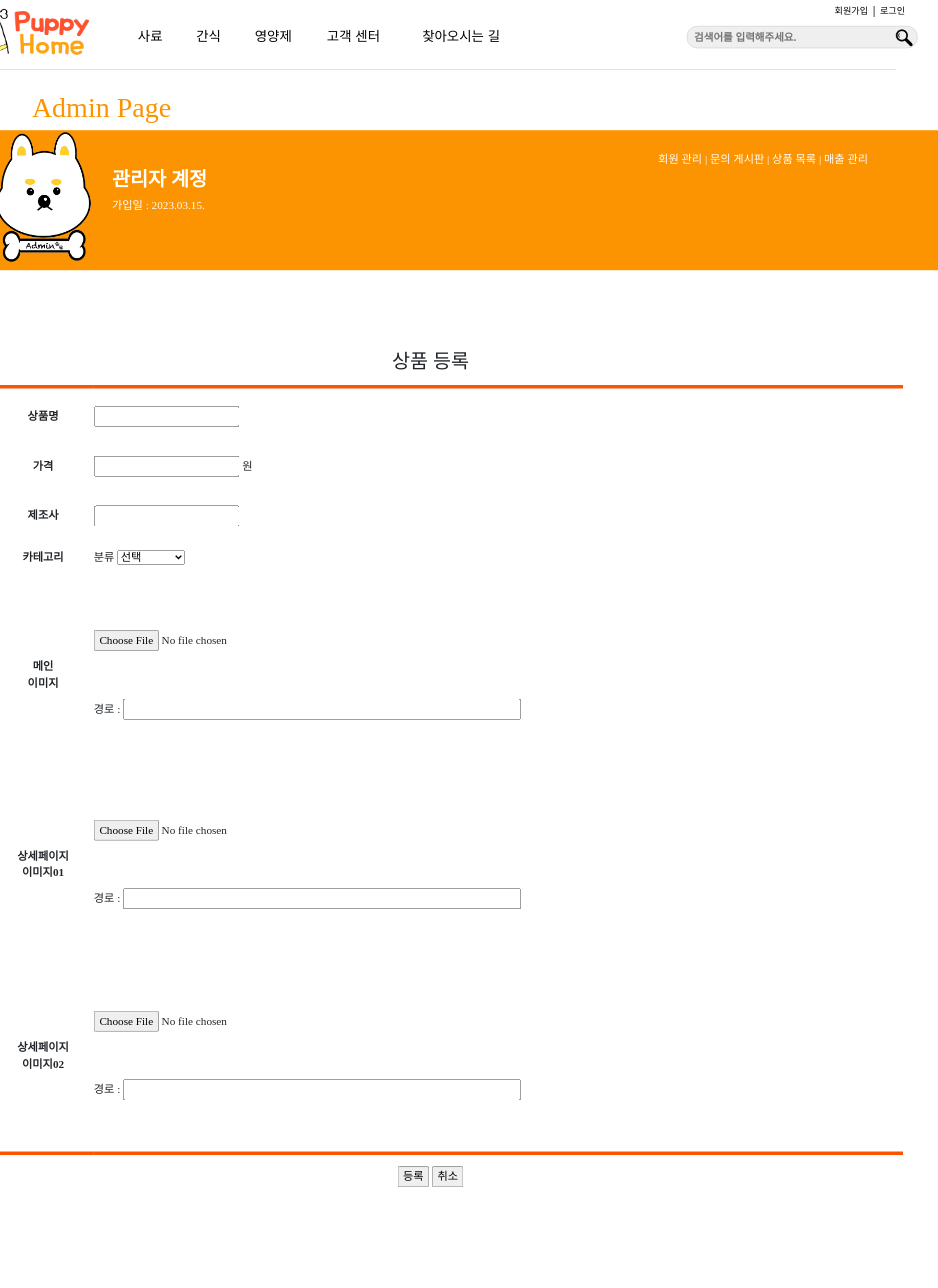
Repository: jiyekim315/puppyhome-shoppingmall
Page: http://localhost/Puppyhome/page/product/productRegister.jsp
An editor plug-in stored every save of this project. The page is shown before and after the next save, followed by the edit.
The browser window is 1280 px wide. The page is 1340 px wide, so the pictures cover 1340 px, including what lies to the right of the window. The pictures show the part of the page from y = 0 to 1840 px (the page is 3104 px tall before and 2100 px after), at 70% of full size.
Some web fonts or font styles are not loaded; a fallback is used. The page is served by Tomcat 9. Other server files are loaded and not shown.

Above is the page before, as saved 2023-04-20 14:04:06.

### Shopping/Puppyhome/WebContent/page/product/productRegister.jsp
<%@ page contentType="text/html; charset=UTF-8" %>
<!DOCTYPE html>
<html>
<head>
<meta charset="UTF-8">
<link href="https://cdn.jsdelivr.net/npm/bootstrap@5.2.3/dist/css/bootstrap.min.css" rel="stylesheet" integrity="sha384-rbsA2VBKQhggwzxH7pPCaAqO46MgnOM80zW1RWuH61DGLwZJEdK2Kadq2F9CUG65" crossorigin="anonymous"> <%-- CDN 절대링크 --%>
<script src="https://cdn.jsdelivr.net/npm/bootstrap@5.3.0-alpha1/dist/js/bootstrap.bundle.min.js" integrity="sha384-w76AqPfDkMBDXo30jS1Sgez6pr3x5MlQ1ZAGC+nuZB+EYdgRZgiwxhTBTkF7CXvN" crossorigin="anonymous"></script> <%-- CDN 절대링크 --%>
<script src="https://code.jquery.com/jquery-3.6.3.js"></script> <%-- CDN 절대링크 --%>
<script src="http://cdnjs.cloudflare.com/ajax/libs/jquery-easing/1.3/jquery.easing.min.js"></script> <%-- CDN 절대링크 --%>
<title>PuppyHome 상품등록</title>
<link rel="shortcut icon" href="<%=request.getContextPath()%>/images/favicon.ico" type="image/x-icon"> <%-- 파비콘 --%>
<link rel="stylesheet" type="text/css" href="<%=request.getContextPath()%>/page/include/css/header.css"> <%-- header.css --%>
<link rel="stylesheet" type="text/css" href="<%=request.getContextPath()%>/page/include/css/footer.css"> <%-- footer.css --%>
<link rel="stylesheet" type="text/css" href="<%=request.getContextPath()%>/fontium/css/fontium.css"/>
<link rel="stylesheet" type="text/css" href="<%=request.getContextPath()%>/page/product/css/productRegister.css"/>
<style type="text/css">
@charset "UTF-8";
/* admin계정 UI */

/* 관리자 메인이미지  */
.adminMainpage {
	width: 1400px;
	height: 300px;
	position: relative;
	left: 50%;
	transform: translateX(-50%);
}

.profile_img {
	width: 1400px;
	height: 200px;
	padding-left: 50px;
	padding-right: 100px;
	background-color: #fc9300;
}

/*Admin Page 지정*/
.name {
	padding-top: 30px;
	padding-left: 10px;
	padding-right: 1000px;
	font-family: 'KIMM_Bold';
}

.myinfo {
	padding-left: 170px;
	padding-right: 100px;
	font-family: 'KIMM_Bold';
	color: white;
}

.myinfo_date {
	padding-left: 170px;
	padding-right: 100px;
	font-family: 'KIMM_Bold';
	color: white;
}

.meau {
	padding-top: 30px;
	padding-left: 800px;
	font-family: 'KIMM_Bold';
}

.meau a {
	color: white;
	text-decoration: none;
}
/* 상품 등록 리스트 테두리 */
.productTitle {
	width: 1400px;
	height: 180px;
	padding-top: 100px;
	padding-left: 50px;
	padding-right: 100px;
	font-family: 'KIMM_Bold';
}

.productForm {
	font-family: 'KIMM_Bold';
	width: 1300px;
	height: 1100px;
	border: none;
	border-top: 5px solid #FC5400;
	border-bottom: 5px solid #FC5400;
}
.table_div table {
	border-collapse: collapse;
}
.productForm th, td {
	text-align: centen;
	font-family: 'KIMM_Bold';
}
.input {
	font-family: 'KIMM_Bold';
}
#btn {
	border-color: #FC5400;
	background-color: #FC5400;
	color: #fff;
}
</style>

</head>
<body>
	<%-- 전체 영역 --%>
	<div class="wrap">
		<%-- 본문 영역(ui깨질시 본인이 ui 수정바람..) --%>

		<%-- 헤더 영역 --%>
		<header>
			<%-- header include --%>
			<jsp:include page="/page/include/header.jsp"/>
		</header>
		<section>
			<div class="main"> <%-- main 시작 --%>
				<form name="p" method="post" action="product_register_ok.shop">
				<div class="adminMainpage">	<%-- adminMainpage --%>


			<%-- admin 계정 --%>
			<h1 class="name" style="color: #fc9300">Admin Page</h1>
			<div class="profile_img" align="center">
			<%-- 이미지 클릭시 관리자 메인화면으로 이동 --%>
			<a href="adminMain.shop"><img width="150px" height="190px" align="left" alt="adminImage" src="<%=request.getContextPath()%>/images/admin.png"> </a>

				<div class="meau" align="right" style="color: white;">
					 <a href="mlist.shop">회원 관리</a> |
					 <a href="csboard.shop">문의 게시판</a> |
					 <a href="gslist.shop">상품 목록</a> |
					 <a href="aSales.shop">매출 관리</a>
				 </div>

				<h3 class="myinfo" align="left"><b>관리자 계정</b> <br>
				</h3> <div class="myinfo_date" align="left">가입일 : 2023.03.15.</div>	<br>
			</div> <%-- end profile_img : 이미지 div --%>
			</div> <%-- end adminMainpage : 관리자 계정 고정 --%>

				<%-- 상품 등록 form --%>
				<form action="product_register_ok.shop"  method="post" >
				<div class="productTitle">
					<h3 align="center">상품&nbsp;등록</h3><p>

					<%-- 상품 등록 --%>
					<table class="productForm" align="center">

						<tr><th></th></tr>

						<tr>
							<th>상품명</th>
							<td align="left"><input type="text" class="#" name="product_title"></td>
						</tr> <p>

						<tr><th></th></tr>

						<tr>
							<th><b>가격</b></th>
							<td align="left"><input type="text" class="#" name="product_price" width="1000px">&nbsp;원</td>
						</tr>

						<tr><th></th></tr>

						<tr>
							<th>제조사</th>
							<td align="left"><input type="text" class="#" name="product_maker"></td>
						</tr> <p>

						<tr>
							<th>카테고리</th>

							<td align="left"> <label>분류</label>
								<select name="product_type">
									<option value="">선택</option>
									<optgroup label="사료" id="feed" >
										<option value="퍼피">퍼피</option>
										<option value="어덜트">어덜트</option>
										<option value="시니어">시니어</option>
									<optgroup label="간식" id="gansik" value="gansik">
										<option value="껌간식">껌간식</option>
										<option value="일반간식">일반간식</option>
									<optgroup label="영양제" id="medicine" value="medicine">
										<option value="유산균">유산균</option>
										<option value="오메가3">오메가3</option>
								</select>
						</tr> <p>

						<tr><th></th></tr>
						<%-- 이미지는 images에만 있는 이미지는 업로드 하기! --%>
						<tr>
							<th>메인<br>이미지</th>
							<td align="left">
							<input id="image01" type="file" name="file" onchange="fileCheck01();" />
							<div class="select_img01" style="margin: 10px;"> <img src=""> </div>

							<script type="text/javascript">
							$("#image01").change(function() {
								if( this.files && this.files[0]) {
									var reader = new FileReader;
									reader.onload = function(data) {
										$(".select_img01 img").attr("src", data.target.result).width(500);
									}
									reader.readAsDataURL(this.files[0]);
								}
							});
							function fileCheck01() {
								var file = document.getElementById("image01");
								//파일 경로.
								var filePath = file.files[0].name;
								//전체경로를 \ 나눔.
								var filePathSplit = filePath.split('\\');
								console.log(filePath);
								$('#imagesrc01').val(filePath);
							}
							</script> <br>
							경로 : <input id="imagesrc01" type="text" name="product_cont1" size="60"  readonly="readonly">
							</td>
								<tr>
							<th>상세페이지<br>이미지01</th>
							<td align="left">
							<input id="image02" type="file" name="file" onchange="fileCheck02();" />
							<div class="select_img02" style="margin: 10px;"> <img src=""> </div>

							<script type="text/javascript">
							$("#image02").change(function() {
								if( this.files && this.files[0]) {
									var reader = new FileReader;
									reader.onload = function(data) {
										$(".select_img02 img").attr("src", data.target.result).width(500);
									}
									reader.readAsDataURL(this.files[0]);
								}
							});
							function fileCheck02() {
								var file = document.getElementById("image02");
								//파일 경로.
								var filePath = file.files[0].name;
								//전체경로를 \ 나눔.
								var filePathSplit = filePath.split('\\');
								console.log(filePath);
								$('#imagesrc02').val(filePath);
							}
							</script><br>
							경로 : <input id="imagesrc02" type="text" name="product_cont2" size="60" readonly="readonly">
							</td>
						</tr>
						<tr>
							<th>상세페이지<br>이미지02</th>
							<td align="left">
							<input id="image03" type="file" name="file" onchange="fileCheck03();" />
							<div class="select_img03" style="margin: 10px;"> <img src=""> </div>

							<script type="text/javascript">
							$("#image03").change(function() {
								if( this.files && this.files[0]) {
									var reader = new FileReader;
									reader.onload = function(data) {
										$(".select_img03 img").attr("src", data.target.result).width(500);
									}
									reader.readAsDataURL(this.files[0]);
								}
							});
							function fileCheck03() {
								var file = document.getElementById("image03");
								//파일 경로.
								var filePath = file.files[0].name;
								//전체경로를 \ 나눔.
								var filePathSplit = filePath.split('\\');
								console.log(filePath);
								$('#imagesrc03').val(filePath);
							}
							</script> <br>
							경로 : <input id="imagesrc03" type="text" name="product_cont3" size="60" readonly="readonly">
							</td>
						</tr>

					</table> <p><p>

					<input type="submit" value="등록" />
					<input type="reset" value="취소" onclick="location='productList.jsp'" />

				</div> </form><%-- end product--%>

				</div><%-- adminMainpage 끝--%>
			</div> <%-- end main --%>

			<%-- top버튼 삭제 X --%>
			<div id="topBtn">
				<span class="fonti um-arrow-circle-up um-3x icon"></span>TOP
			</div>
		</section>
	<%-- 푸터 영역 --%>
	<footer>
		<!-- footer -->
		<br>
		<br>
		<br>
		<br>
		<br>
		<br>
		<br>
		<br>
		<br>
		<br>
		<br>
		<br>
		<br>
		<br>
		<br>
		<br>
		<br>
		<br>
		<br>
		<br>
		<br>
		<br>
		<br>
		<br>
		<br>
		<br>
		<br>
		<br>
		<br>
		<br>
		<br>
		<br>
		<br>
		<br>
		<br>
		<br>
		<br>
		<br>
		<br>
		<br>
		<br>
		<br>
		<br>
		<br>
		<br>
		<br>
		<br>
		<br>
		<br>
		<br>
		<br>
		<br>
		<br>
		<br>
		<br>
		<br>
		<br>
		<br>
		<br>
		<br>
		<br>
		<br>
		<br>
		<br>
		<br>
		<br>
		<br>
		<br>
		<br>
		<br>
		<br>
		<br>
		<br>
		<br>
		<br>
		<br>
		<br>
		<br>
		<br>
		<br>
		<br>
		<br>
		<br>
		<br>
		<br>
		<br>
		<br>
		<br>
		<br>
		<br>
		<br>
		<br>
		<br>
		<br>
		<br>
		<br>
		<br>
		<br>
		<br>
		<br>
		<br>
		<br>
		<br>
		<br>
		<br>
		<br>
		<br>
		<br>
		<br>
		<br>
		<br>
		<br>
		<br>
		<br>
		<br>
		<br>
		<br>
		<br>
		<br>
		<br>
		<br>
		<jsp:include page="/page/include/footer.jsp"/>
		<!-- footer 끝 -->
	</footer>
	</div>
	<script type="text/javascript">

		<%-- top버튼 부분 --%>
		// 클릭 이벤트 핸들러
		$("#topBtn").click(function(e) {
			e.stopPropagation();
			$("html, body").animate({
				scrollTop : 0
			}, 'fast', 'easeOutCubic');
		});

		// 스크롤 이벤트 핸들러
		$(window).scroll(function() {
			if ($(window).scrollTop() == 0) {
				$("#topBtn").css("opacity", 0); // TOP 버튼 숨기기
			} else {
				$("#topBtn").css("opacity", 1); // TOP 버튼 나타내기
			}
		});
	</script>
</body>
</html>

### Shopping/Puppyhome/WebContent/page/include/footer.jsp
<%@ page contentType="text/html; charset=UTF-8" %>
<!DOCTYPE html>
<html>
<head>
<meta charset="UTF-8">
<script src="https://code.jquery.com/jquery-3.6.3.js"></script> <%-- CDN 절대링크 --%>
<script src="http://cdnjs.cloudflare.com/ajax/libs/jquery-easing/1.3/jquery.easing.min.js"></script> <%-- CDN 절대링크 --%>
<title>Footer</title>
<link rel="stylesheet" type="text/css" href="./css/footer.css">
<style type="text/css">
/* 폰트 CSS */
@font-face {
   font-family: 'KIMM_Bold';
   src:url('https://cdn.jsdelivr.net/gh/projectnoonnu/noonfonts_2212@1.0/KIMM_Bold.woff2') format('woff2');
   font-weight: 700;
   font-style: normal;
}

/* 메인 컨텐츠 부분 */
#wrap {
   width: 100%;
   height: 100%;
   text-align: center;
}

</style>
</head>
<body>
   <!-- footer -->
   <div id="footerbox">
      <div id="innerbox">
            <div id="categorybox">
                <ul>
                    <li><a href="javascript:void(0);" onclick="openPopup_service();">서비스 이용약관</a></li>
                    <li><a href="javascript:void(0);" onclick="openPopup_privacy();">개인정보 처리방침</a></li>
                    <li><a href="javascript:void(0);" onclick="openPopup_inquiry();">입점/제휴 문의</a></li>
                    <li><a href="javascript:void(0);" onclick="openPopup_company_introduce();">회사소개</a></li>
                </ul>
            </div>
            <div id="infobox">
                <br>주식회사 퍼피홈 &nbsp;&nbsp; | &nbsp;&nbsp; 대표자명 : 이용현 &nbsp;&nbsp; | &nbsp;&nbsp; 사업자 등록번호 : 120-87-00000 &nbsp;&nbsp; | &nbsp;&nbsp; 통신판매업신고번호 : 제 2023-서울강남-00000호 &nbsp;&nbsp; | &nbsp;&nbsp; 개인정보관리자 : 이용현 leeyoung0919@naver.com &nbsp;&nbsp; | &nbsp;&nbsp; TEL : 1644-0000
                <br>서울특별시 강남구 강남대로84길 16, 11층 &nbsp;&nbsp; | &nbsp;&nbsp; 구매안전(에스크로)서비스
                <br><br>© copyright (c) www.puppyhome.co.kr all rights reserved.
            </div>
            <div id="checkbox">
            <input type="image" id="checkIcon" src="<%=request.getContextPath()%>/images/nicepay.png" onclick="openPopup_certificate()" value="" alt="인증 마크 클릭 이동">
            </div>
        </div>
   </div>
   <!-- footer 끝 -->
   <script type="text/javascript">

      <%-- footer 부분 --%>
      // 서비스 이용약관 텍스트 클릭시 새창 열기
      function openPopup_service() {
           var page_width = '580';
           var page_height = '650';

           // 팝업을 가운데 위치시키기 위해 아래와 같이 값 구하기
           var page_left = Math.ceil((window.screen.width - page_width)/2);
           var page_top = Math.ceil((window.screen.height - page_height)/2);

       window.open("service.shop", "service",'width='+ page_width +', height='+ page_height +', left=' + page_left + ', top='+ page_top);

       }

      // 개인정보 처리 텍스트 클릭시 새창 열기
      function openPopup_privacy() {
           var page_width = '580';
           var page_height = '650';

           // 팝업을 가운데 위치시키기 위해 아래와 같이 값 구하기
           var page_left = Math.ceil((window.screen.width - page_width)/2);
           var page_top = Math.ceil((window.screen.height - page_height)/2);

       window.open("privacy.shop", "privacy",'width='+ page_width +', height='+ page_height +', left=' + page_left + ', top='+ page_top);

       }

      // 입점/제휴 문의 텍스트 클릭시 새창 열기
      function openPopup_inquiry() {
           var page_width = '580';
           var page_height = '555';

           // 팝업을 가운데 위치시키기 위해 아래와 같이 값 구하기
           var page_left = Math.ceil((window.screen.width - page_width)/2);
           var page_top = Math.ceil((window.screen.height - page_height)/2);

       window.open("inquiry.shop", "inquiry",'width='+ page_width +', height='+ page_height +', left=' + page_left + ', top='+ page_top);

       }

      // 인증 마크 클릭시 새창 열기
       function openPopup_certificate() {
           var page_width = '510';
           var page_height = '430';

           // 팝업을 가운데 위치시키기 위해 아래와 같이 값 구하기
           var page_left = Math.ceil((window.screen.width - page_width)/2);
           var page_top = Math.ceil((window.screen.height - page_height)/2);

       window.open("certificate.shop", "certificate",'width='+ page_width +', height='+ page_height +', left=' + page_left + ', top='+ page_top);

       }

      // 회사소개 클릭시 새창 열기
       function openPopup_company_introduce() {
           var page_width = '800';
           var page_height = '600';

           // 팝업을 가운데 위치시키기 위해 아래와 같이 값 구하기
           var page_left = Math.ceil((window.screen.width - page_width)/2);
           var page_top = Math.ceil((window.screen.height - page_height)/2);

       window.open("company_introduce.shop", "company_introduce",'width='+ page_width +', height='+ page_height +', left=' + page_left + ', top='+ page_top);

       }
   </script>
</body>
</html>

### Shopping/Puppyhome/WebContent/page/include/css/header.css
@charset "UTF-8";

/* header.jsp UI */
/* 헤더 박스 부분 */
.headerbox{
	width : 100%;
	height : 105px;
       position: fixed;
       left: 50%;
       transform: translateX( -50% );
       border-bottom: 1px solid lightgray;
       background-color: white;
       z-index: 2;
}
/* 로고 이미지 */
#logoImage{
    position: fixed;
    left: 7.7%;
    top: 7%;
    transform: translateX( -50% );
}
/* 헤더 박스 안의 컨텐츠 */
.menubox{
    width: 1500px;
    height: 105px;
    position: fixed;
    left: 52%;
    transform: translateX( -50% );
}
/* 메뉴바 관련 */
.navbarbox{
    width: 650px;
    height: 80px;
    position: fixed;
    left: 36%;
    top: 19%;
    transform: translateX( -50% );
}
.navbarbox a{
    color: black;
    text-decoration: none;
    font-family: 'KIMM_Bold', sans-serif;
    font-size: larger;
    margin : 0px 28px 0px 28px;
}
.navbarbox a:active{
    color: orange;
}
#a2{
	margin-left : 30px;
}
/* 드롭박스 관련 */
#dropbtn{
    background-color: white;
    color: black;
    padding: 16px;
    font-family: 'KIMM_Bold', sans-serif;
    font-size: larger;
    border: none;
    margin-left: 12px;
}
#dropbtn:active{
    color: orange;
}
#dropdownbox{
    position: relative;
    display: inline-block;
}
#dropdown-content {
    display: none;
    position: absolute;
    background-color: #f1f1f1;
    min-width: 170px;
    box-shadow: 0px 8px 16px 0px rgba(0,0,0,0.2);
    z-index: 1;
}
#dropdown-content a {
    color: black;
    padding: 12px 16px;
    text-decoration: none;
    display: block;
}
#dropdownbox:hover #dropdown-content {
    display: block;
}
/* 회원가입, 로그인 관련 */
.memberbox{
    width: 196px;
    height: 95px;
    position: fixed;
    right: 5%;
    top: 5%;
}
.memberbox a{
    color: black;
    text-decoration: none;
    font-family: 'KIMM_Bold', sans-serif;
    font-size :small;
}
.memberbox a:hover{
    color: blue;
}
/* 검색창 관련 */
.searchbox{
    position: fixed;
    right: 4.8%;
    top: 30%;
    transform: translateX( -10% );
}
#search{
    width: 330px;
    height: 32px;
    font-size: 15px;
    font-weight: bold;
    border: 0.5px solid lightgrey;
    border-radius: 15px;
    outline: none;
    padding-left: 10px;
    background-color: rgb(240, 239, 239);
    z-index: 2;
}
#searchBtn{
    width: 32px;
    height: 29px;
    position: fixed;
    right: 0;
    top: 5%;
    transform: translateX(-10%);
    border: none;
    border-radius: 15px;
    padding: 0;
}
/* 위로 가기 버튼 관련 */
#topBtn{
    position: fixed;
    bottom: 45px;
    right: 5px;
    width: 60px;
    height: 47px;
    text-align: center;
    font-size: 15px;
    font-weight: bold;
    color: #787f83;
    transition: all 200ms ease-out;
    display: inline-block;
    z-index: 10;
}
#topBtn .icon{
    width: 100%;
    height: 100%;
    color: #787f83;
    cursor: pointer;
}
/* 클리어 */
   .clear{
	clear : both;
}

### Shopping/Puppyhome/WebContent/page/include/css/footer.css
@charset "UTF-8";

/* footer.jsp UI */
/* 푸터 박스 부분 */
#footerbox {
	width: 100%;
	height: 200px;
    font-size: x-small;
    font-family: 'KIMM_Bold', sans-serif;
    background-color: rgb(241, 241, 241);
}
/* 푸터 박스 안의 틀 */
#innerbox {
    width: 1300px;
    height: 180px;
    margin: auto;
}
/* 푸터 카테고리 관련 */
#categorybox {
    height: 30px;
    float: left;
    margin: 40px 0px 15px 0px;
}
#categorybox ul {
    padding: 0;
}
#categorybox li {
    list-style: none;
    list-style-type: none;
    float: left;
    margin-right: 30px;
}
#categorybox a {
    font-size: 12.5px;
    text-decoration: none;
    color: black;
}
/* 푸터 안내글 부분 */
#infobox {
    width: 1100px;
    height: 65px;
    float: left;
    text-align: left;
}
/* 나이스페이 마크 관련 */
#checkbox {
    width: 65px;
    height: 65px;
    text-align: center;
    float: right;
    margin-right: 30px;
}
input#checkIcon {
    background-image: url(../images/nicepay.png);
    background-color: transparent;
    background-repeat: no-repeat;
    background-position: 0px 0px;
    border: none;
    cursor: pointer;
    width: 55px;
    height: 64px;
}
/* 클리어 */
.clear {
	clear: both;
}

### Shopping/Puppyhome/WebContent/page/product/css/productRegister.css
@charset "UTF-8";

<style type="text/css">
	/* 폰트 CSS */
	@font-face {
		font-family: 'KIMM_Bold';
		src: url('https://cdn.jsdelivr.net/gh/projectnoonnu/noonfonts_2212@1.0/KIMM_Bold.woff2') format('woff2'); /* CDN 절대링크  */
		font-weight: 700;
		font-style: normal;
	}
	/* 되도록 안건드리는 영역 */
	* {
		box-sizing: border-box;
		-webkit-box-sizing: border-box;
		-moz-box-sizing: border-box;
	}
	html {
		height: 100%;
	}
	body {
		margin: 0px;
		height: 100%;
		padding: 0px;
	}
	header {
		width: 100%;
	    position: fixed;
		z-index: 2;
	}
	footer {
		bottom: 0;
		z-index: 5;
		position: relative;
	}
	.wrap {
		margin-top: -110px;
		min-height: 100%;
	    position: relative;
	}
	.main {
		width: 1400px;
		height: 2000px; /* UI 개발할 때 각 페이지에 맡게 해당 영역 px수치 수정해야함 / section이랑 px 맞춰야함 */
		position : relative;
		top: 105px;
		left: 50%;
        transform: translateX( -50% );

	}
	section {
		height: 2000px; /* UI 개발할 때 각 페이지에 맡게 해당 영역 px수치 수정해야함 / .main이랑 px 맞춰야함 */

	}
	/* 클리어 */
	.clear {
		clear: both;
	}
	/* 밑의 영역부터 css시작 */
	.container {
		width: 100%;
	}


	/*본문 css 시작*/

	/* 관리자 프로필 계정 NOTOCH */
	#adminMainpage {
		width: 1100x;
		height: 300px;
		position : relative;
		left: 50%;
        transform: translateX( -50% );
	}
	.profile_img{
		width: 1400px;
		height: 200px;
		padding-left: 50px;
		padding-right: 100px;
	}
	.name{ /*Admin Page 지정*/
		padding-top: 30px;
		padding-left: 10px;
		padding-right: 1000px;
		font-family: 'KIMM_Bold';
	}
	.myinfo {
	  	padding-left: 300px;
	  	padding-right: 100px;
	  	font-family: 'KIMM_Bold';
	 }
	.myinfo_date{
		padding-left: 300px;
	  	padding-right: 100px;
	  	font-family: 'KIMM_Bold';
	}
	.location {
		padding-top: 30px;
		padding-left: 800px;
		font-family: 'KIMM_Bold';
	}
	/* 상품 등록 전체 폼*/
	.productTitle{
		width: 1400px;
		height: 180px;
		padding-top: 100px;
		padding-left: 50px;
		padding-right: 100px;
		font-family: 'KIMM_Bold';
	}
	.productForm{
		font-family: 'KIMM_Bold';
		width: 1300px;
		height: 1100px;
		border:none;
	    border-top: 5px solid #FC5400;
	    border-bottom: 5px solid #FC5400;
	}
	.table_div table {
		border-collapse: collapse;
	}
	.table_div table th, td {
		text-align: centen;
		font-family: 'KIMM_Bold';
		border-bottom: 1px solid black;
	}
	.input{
		font-family: 'KIMM_Bold';
	}
</style>

Loaded but not shown: Shopping/Puppyhome/WebContent/fontium/css/fontium.css (3035 lines, source omitted); Shopping/Puppyhome/WebContent/page/include/header.jsp (368 lines, source omitted)

After the next save:
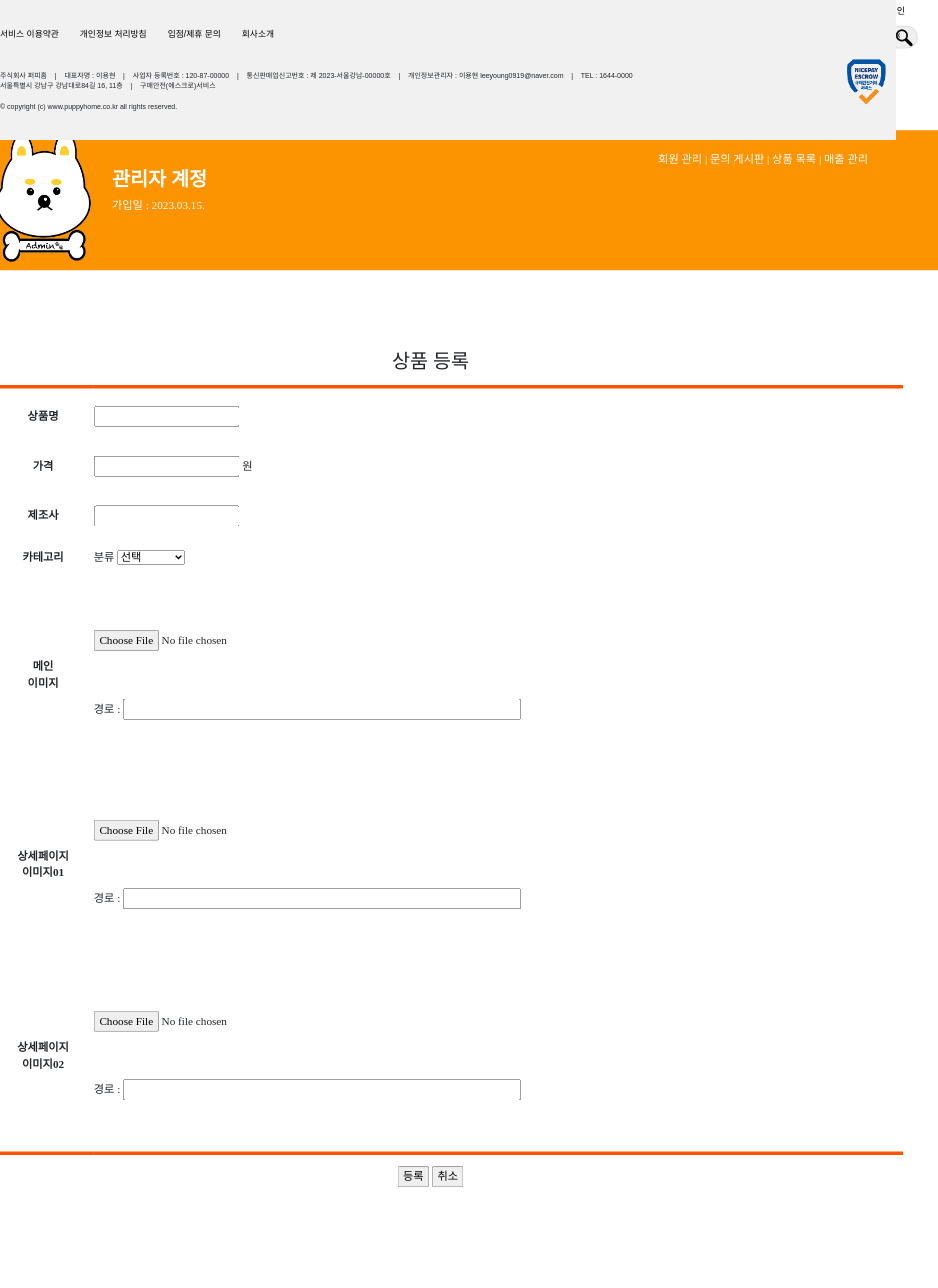
Saved 2 min 18 s later.
--- a/Shopping/Puppyhome/WebContent/page/product/productRegister.jsp
+++ b/Shopping/Puppyhome/WebContent/page/product/productRegister.jsp
@@ -288,134 +288,14 @@
 				<span class="fonti um-arrow-circle-up um-3x icon"></span>TOP
 			</div>
 		</section>
-	<%-- 푸터 영역 --%>
+		<%-- 푸터 영역 --%>
 	<footer>
 		<!-- footer -->
-		<br>
-		<br>
-		<br>
-		<br>
-		<br>
-		<br>
-		<br>
-		<br>
-		<br>
-		<br>
-		<br>
-		<br>
-		<br>
-		<br>
-		<br>
-		<br>
-		<br>
-		<br>
-		<br>
-		<br>
-		<br>
-		<br>
-		<br>
-		<br>
-		<br>
-		<br>
-		<br>
-		<br>
-		<br>
-		<br>
-		<br>
-		<br>
-		<br>
-		<br>
-		<br>
-		<br>
-		<br>
-		<br>
-		<br>
-		<br>
-		<br>
-		<br>
-		<br>
-		<br>
-		<br>
-		<br>
-		<br>
-		<br>
-		<br>
-		<br>
-		<br>
-		<br>
-		<br>
-		<br>
-		<br>
-		<br>
-		<br>
-		<br>
-		<br>
-		<br>
-		<br>
-		<br>
-		<br>
-		<br>
-		<br>
-		<br>
-		<br>
-		<br>
-		<br>
-		<br>
-		<br>
-		<br>
-		<br>
-		<br>
-		<br>
-		<br>
-		<br>
-		<br>
-		<br>
-		<br>
-		<br>
-		<br>
-		<br>
-		<br>
-		<br>
-		<br>
-		<br>
-		<br>
-		<br>
-		<br>
-		<br>
-		<br>
-		<br>
-		<br>
-		<br>
-		<br>
-		<br>
-		<br>
-		<br>
-		<br>
-		<br>
-		<br>
-		<br>
-		<br>
-		<br>
-		<br>
-		<br>
-		<br>
-		<br>
-		<br>
-		<br>
-		<br>
-		<br>
-		<br>
-		<br>
-		<br>
-		<br>
-		<br>
-		<br>
-		<br>
-		<br>
 		<jsp:include page="/page/include/footer.jsp"/>
 		<!-- footer 끝 -->
 	</footer>
 	</div>
+
 	<script type="text/javascript">
 
 		<%-- top버튼 부분 --%>
